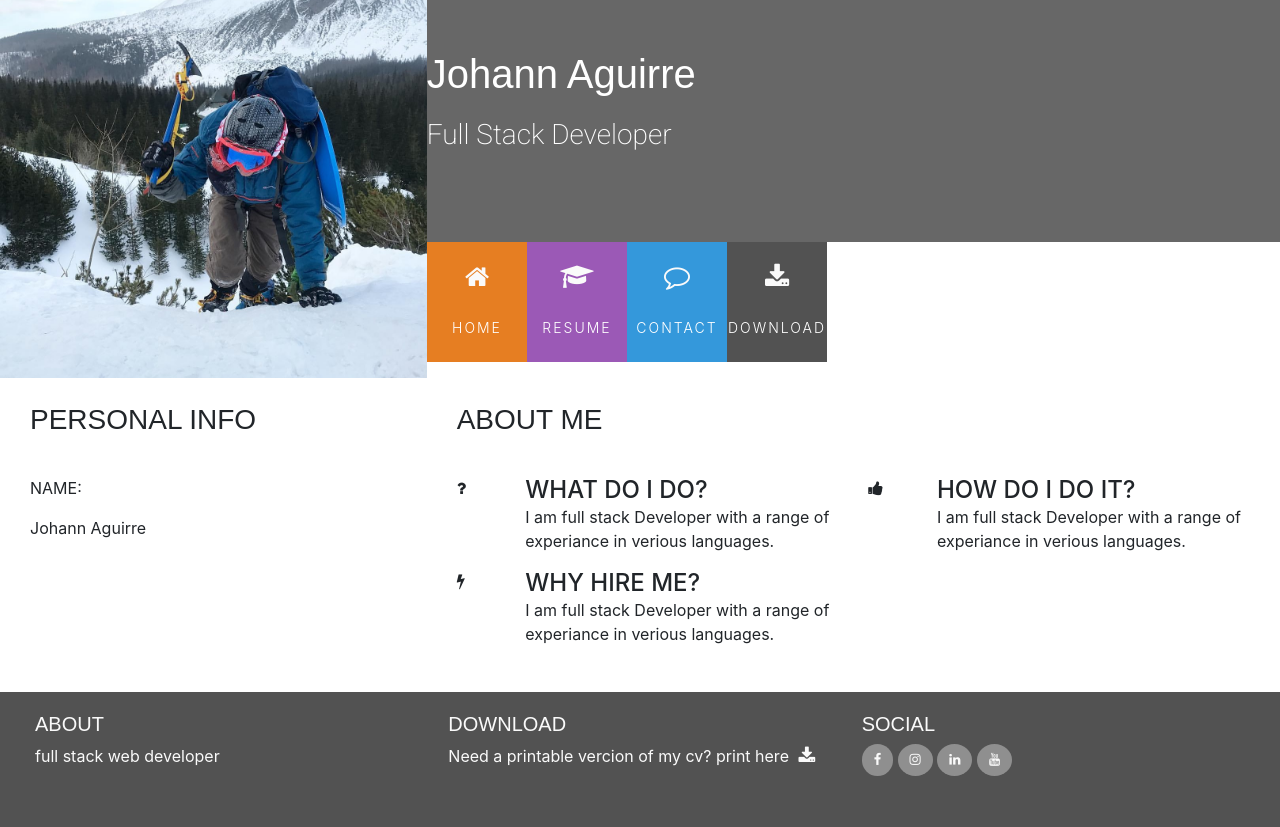
Repository: cachimiro/cv
Page: index.html
The author's editor kept a record of every edit. The page is drawn from the files as they stood at one moment, then again after the next edit.
The browser window is 1280 px wide. The pictures show the whole page.
Some web fonts or font styles are not loaded; a fallback is used. Some web libraries are served in a nearby version.

Above is the page before.

### index.html
<!DOCTYPE html>
<html lang="en">

<head>
    <meta charset="UTF-8">
    <meta name="viewport" content="width=device-width, initial-scale=1.0">
    <meta http-equiv="X-UA-Compatible" content="ie=edge">
    <link rel="stylesheet" href="https://stackpath.bootstrapcdn.com/bootstrap/4.2.1/css/bootstrap.min.css" type="text/css" />
    <link rel="stylesheet" href="https://stackpath.bootstrapcdn.com/font-awesome/4.7.0/css/font-awesome.min.css" type="text/css" />
    <link rel="stylesheet" href="https://cdnjs.cloudflare.com/ajax/libs/hover.css/2.3.1/css/hover-min.css" type="text/css" />
    <link rel="stylesheet" href="css/style.css" type="text/css" />
    <title>Johann Aguirre</title>
</head>

<body>
    <header>
        <div class="row no-gutters">
            <a href="index.html" class="col-md-4 logo">

            </a>
            <div class="col-md-8">
                <div class="row no-gutters">
                    <div class="col heading bg-color-name-title">
                        <h1 class="name">Johann Aguirre</h1>
                        <h2 class="title">Full Stack Developer</h2>

                    </div>
                </div>
                <div class="row no-gutters inline-block">
                    <div class="col"></div>
                    <ul id="nav" class="list-inline menucontainer">
                        <li class="col-6 col-sm-3 ui-menu-color-home list-inline-item menuitem">
                            <a href="#" class="hvr-sweep-to-bottom"><i class="fa fa-home " aria-hidden="true"></i><span>Home</span></a>
                        </li>
                        <li class="col-6 col-sm-3 ui-menu-color-resume list-inline-item menuitem">
                            <a href="#" class="hvr-sweep-to-bottom"><i class="fa fa-graduation-cap"aria-hidden="true"></i> <span>Resume</span></a>
                        </li>
                        <li class="col-6 col-sm-3 ui-menu-color-contact list-inline-item menuitem">
                            <a href="#" class="hvr-sweep-to-bottom"><i class="fa fa-comment-o" aria-hidden="true"></i><span>Contact</span></a>
                        </li>
                        <li class="col-6 col-sm-3 ui-menu-color-download list-inline-item menuitem">
                            <a href="#" class="hvr-sweep-to-bottom"><i class="fa fa-download" aria-hidden="true"></i><span>Download</span></a>
                        </li>

                        </li>
                    </ul>

                </div>

            </div>
        </div>
    </header>
    <section class="container-fluid">
        <div class="row">
            <div class="col-md-4 bg-color-personal-info section-column">
                <div class="row">
                    <div class="col-12">
                        <h3 class="section-heading uppercase">Personal Info</h3>
                    </div>
                </div>
                <div class="personal-info-item">
                    <div class="key">
                        <p class="uppercase">
                            NAME:

                        </p>
                    </div>
                    <div class="value">
                        <p>
                            Johann Aguirre

                        </p>
                    </div>
                </div>
            </div>
            <div class="col-md-8 bg-color-three-reasons section-column">
                <div class="row">
                    <div class="col">
                        <h3 class="section-heading uppercase">About Me</h3>
                    </div>
                </div>
                    <div class="row">
                        <div class="col-10 offset-1 offset-sm-0 col-sm-4 col-md-6">
                            <div class="row">
                                <div class="col-2">
                                    <i class="three-reasons-icon fa fa-question" aria-hidden="true"></i>
                                </div>
                                <div class="col-10">
                                    <h4 class="three-reasons-heading uppercase">What Do I Do?</h4>
                                    <p>I am full stack Developer with a range of experiance in verious languages.</p>
                                </div>
                            </div>
                        </div>
                         <div class="col-10 offset-1 offset-sm-0 col-sm-4 col-md-6">
                            <div class="row">
                                <div class="col-2">
                                    <i class="three-reasons-icon fa fa-thumbs-up" aria-hidden="true"></i>
                                </div>
                                <div class="col-10">
                                    <h4 class="three-reasons-heading uppercase">How do I do it?</h4>
                                    <p>I am full stack Developer with a range of experiance in verious languages.</p>
                                </div>
                            </div>
                        </div>
                         <div class="col-10 offset-1 offset-sm-0 col-sm-4 col-md-6">
                            <div class="row">
                                <div class="col-2">
                                    <i class="three-reasons-icon fa fa-bolt" aria-hidden="true"></i>
                                </div>
                                <div class="col-10">
                                    <h4 class="three-reasons-heading uppercase">why hire me?</h4>
                                    <p>I am full stack Developer with a range of experiance in verious languages.</p>
                                </div>
                            </div>
                        </div>

                    </div>

            </div>
        </div>


    </section>
    <footer class="container-fluid">
        <div id="footer-detail" class="row">
            <div class="col-sm-4">
                <h5 class="uppercase general-sub">About</h5>
                <p class="inline-block">full stack web developer</p>
            </div>
            <div class="col-sm-4">
                <h5 class="uppercase general-sub">Download</h5>
                <p class="inline-block"> Need a printable vercion of my cv? print here
                    <a href="#" target="_blank" class="cv-pdf">
                <i class="fa fa-download" aria-hidden="true"></i>
                <span class="sr-only">Download link</span>
                </a>
                </p>
            </div>
            <div class="col-sm-4">
                <h5 class="uppercase general-sub">Social</h5>
                <ul class="list-inline social-links">
                    <li class="list-inline-item">
                        <a target="_blank" href="#">
                            <i class="fa fa-facebook" aria-hidden="true"></i>
                            <span class="sr-only">Facebook</span>
                        </a>
                    </li>
                    <li class="list-inline-item">
                        <a target="_blank" href="#">
                            <i class="fa fa-instagram" aria-hidden="true"></i>
                            <span class="sr-only">Instagram</span>
                        </a>
                    </li>
                    <li class="list-inline-item">
                        <a target="_blank" href="#">
                            <i class="fa fa-linkedin" aria-hidden="true"></i>
                            <span class="sr-only">Linkedin</span>
                        </a>
                    </li>
                    <li class="list-inline-item">
                        <a target="_blank" href="#">
                            <i class="fa fa-youtube" aria-hidden="true"></i>
                            <span class="sr-only">Youtube</span>
                        </a>
                    </li>
                </ul>

            </div>
        </div>


    </footer>

</body>

</html>

### css/style.css
@import url('https://fonts.googleapis.com/css?family=Roboto:100,200,300,400,500,600,700 | Exo 100,200,300,400,500,600,700');

/*--- colors*/

.bg-color-name-title {
    background-color: #676767;
}
.bg-color-three-reasons{
    background-color: #ffffff;
}

.ui-menu-color-home {
    background-color: #e67e22;


}

.ui-menu-color-resume {
    background-color: #9b59b6;

}

.ui-menu-color-contact {
    background-color: #3498db;

}

.ui-menu-color-download {
    background-color: #525252;
}

/*---- special paddings margins and text--*/

h1,
h2,
h3,
h4{
    margin: 0;

}
.uppercase{
    text-transform: uppercase;
}
.general-sub{
    font-family: "Exo", sans-serif;
    font-weight: 300;
    color: #fafafa;

}
.inline-block{
    display: inline-block;

}
.row-table{
    display: table;
}
.section-column{
    display: table-cell;
    padding: 0 30px 30px;
    float: none;
}

.section-heading{
    font-family: "Exo", sans-serif;
    font-weight: 300;
    margin-top: 25px;
    margin-bottom: 40px;
}


/*------- headings*/

header {
    margin: 0;
}

.logo {
    background: url("../images/johann.jpg");
    background-position: center;
    background-repeat: no-repeat;
    background-size: cover;
    min-height: 360px;
    transition: all .5s ease-in-out;
    -moz-transition: all .5s ease-in-out;
    -webkit-transition: all .5s ease-in-out;
}

.name {
    font-family: "exo", sans-serif;
    font-weight: 100;
    font-size: 40px;
    margin-top: 50px;
    color: #ffffff;
}

.title {
    font-family: "roboto", sans-serif;
    font-weight: 200;
    font-size: 28px;
    margin-top: 20px;
    margin-bottom: 90px;
    color: #ffffff;
}

.list-inline-item:not(:last-child) {
    margin: 0;
}

.menucontainer {
    font-size: 0;
}

.list-inline-item:not(:last-child) {
    margin: 0;
}

.menucontainer {
    font-size: 0;
}

#nav li {
    font-size: 14px;
    padding: 0;

}

.menuitem {
    height: 120px;
    text-align: center;
    padding: 0;
}

.menuitem a {
    width: 100px;
    text-decoration: 0;
    color: #fff;
    height: 120px;
}

.menuitem a i {
    padding: 22px;
    display: block;
    color: #fafafa;
    font-size: 26px;
}

.menuitem span {
    display: block;
    width: 100%;
    padding-top: 5px;
    text-align: center;
    text-transform: uppercase;
    font-size: 14px;
    font-weight: 300;
    letter-spacing: 2px;

}

/*-- hover.css*/

.hvr-sweep-to-bottom:before {
    background: rgb(0, 0, 0, 0.2);
    height: 120px;

}
/*--- footer*/
footer {
    background-color: #525252;
    color: #fafafa;
    min-height: 120px;
    margin: 0;
}
.cv-pdf i {
    font-size: 18px;
    color: #fafafa;
    text-align: center;
    padding-left: 5px;
    transition:all 0.35s ease-in-out;
    -moz-transition:all 0.35s ease-in-out;
    -webkit-transition:all 0.35s ease-in-out;
    -o-transition:all 0.35s ease-in-out;
}
.cv-pdf i:hover{
    color: #e84610
}
.social-links{
    padding-bottom: 15px;
}
.social-links li a i{
    widows: 32px;
    height: 32px;
    padding: 12px;
    border-radius: 50%;
    font-size: 13px;
    line-height: 7px;
    text-align: center;
    color: #fafafa;
    background: #8f8f8f;
     transition:all 0.35s ease-in-out;
    -moz-transition:all 0.35s ease-in-out;
    -webkit-transition:all 0.35s ease-in-out;
    -o-transition:all 0.35s ease-in-out;
}
.social-links li a i:hover{
    background:#e84610;

}
#footer-detail{
    padding: 20px;
}

After the next edit:
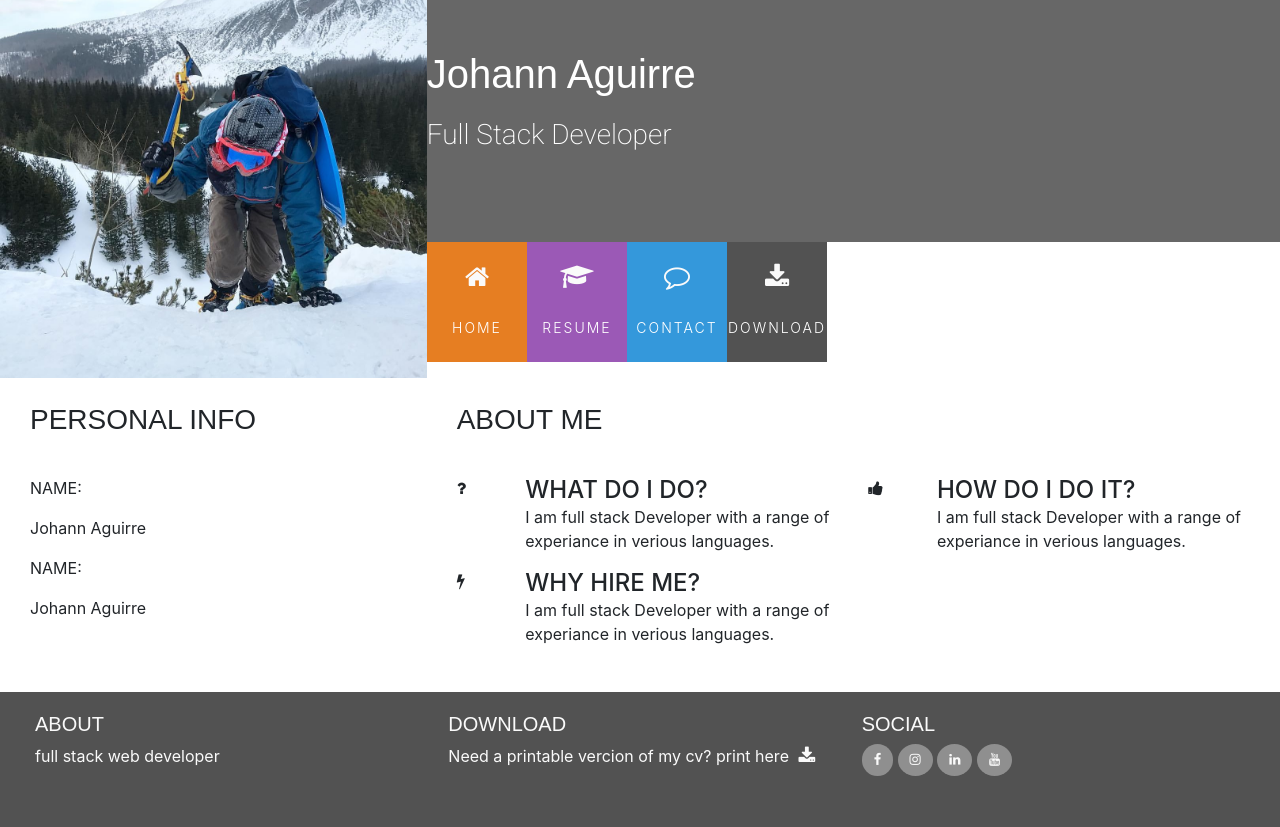
The edit:
--- a/index.html
+++ b/index.html
@@ -59,6 +59,20 @@
                     </div>
                 </div>
                 <div class="personal-info-item">
+                    <div class="key">
+                        <p class="uppercase">
+                            NAME:
+
+                        </p>
+                    </div>
+                    <div class="value">
+                        <p>
+                            Johann Aguirre
+
+                        </p>
+                    </div>
+                </div>
+                 <div class="personal-info-item">
                     <div class="key">
                         <p class="uppercase">
                             NAME:
